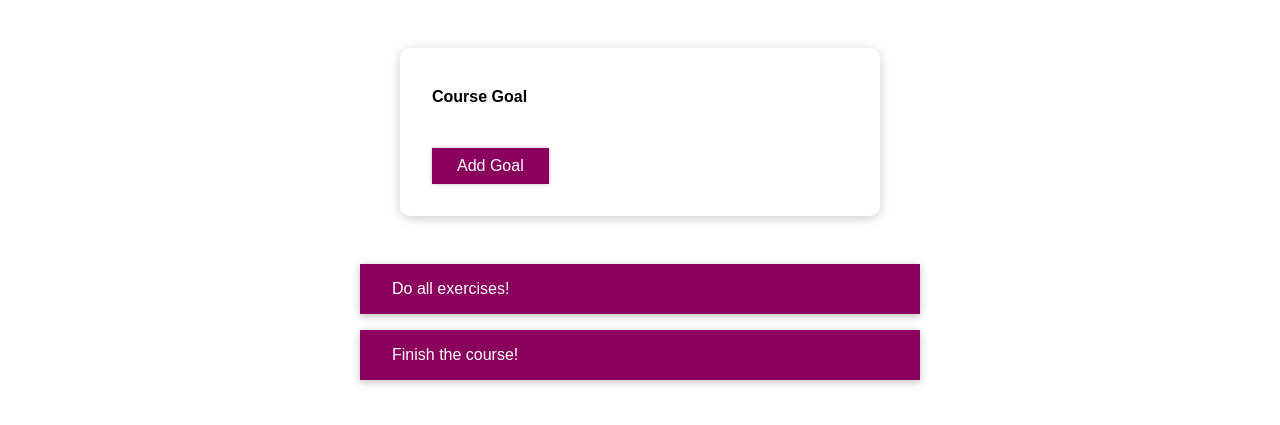
Repository: sohan2503001/Task-adder
Page: /
An editor plug-in stored every save of this project. The page is shown before and after the next save, followed by the edit.
The browser window is 1280 px wide. The pictures show the whole page.
The project was rebuilt for these pictures with package versions that can differ from the ones it lists, and the page was loaded fresh each time.

Above is the page before, as saved 2021-04-22 21:45:55.

### src/components/CourseGoals/CourseInput/CourseInput.js
import React, { useState } from 'react';

import Button from '../../UI/Button/Button';
import './CourseInput.css';

const CourseInput = props => {
  const [enteredValue, setEnteredValue] = useState('');
  const [isValid, setIsValid] = useState(true);

  const goalInputChangeHandler = event => {
    setEnteredValue(event.target.value);
  };

  const formSubmitHandler = event => {
    event.preventDefault();
    if(enteredValue.trim().length === 0){
      setIsValid(false);
      return;
    }
    props.onAddGoal(enteredValue);
  };

  return (
    <form onSubmit={formSubmitHandler}>
      <div className="form-control">
        <label style={{color: !isValid ? 'red' : 'black'}}>Course Goal</label>
        <input style={{borderColor: !isValid ? 'red' : 'white'}} type="text" onChange={goalInputChangeHandler} />
      </div>
      <Button type="submit">Add Goal</Button>
    </form>
  );
};

export default CourseInput;

Loaded but not shown: public/index.html (common file); src/index.js (common file); src/index.css (common file); src/App.js (common file); src/components/CourseGoals/CourseGoalList/CourseGoalList.js (common file); src/App.css (common file); src/components/CourseGoals/CourseGoalItem/CourseGoalItem.js (common file); src/components/CourseGoals/CourseGoalList/CourseGoalList.css (common file); src/components/UI/Button/Button.js (common file); src/components/CourseGoals/CourseInput/CourseInput.css (common file); src/components/CourseGoals/CourseGoalItem/CourseGoalItem.css (common file); src/components/UI/Button/Button.css (common file)

After the next save:
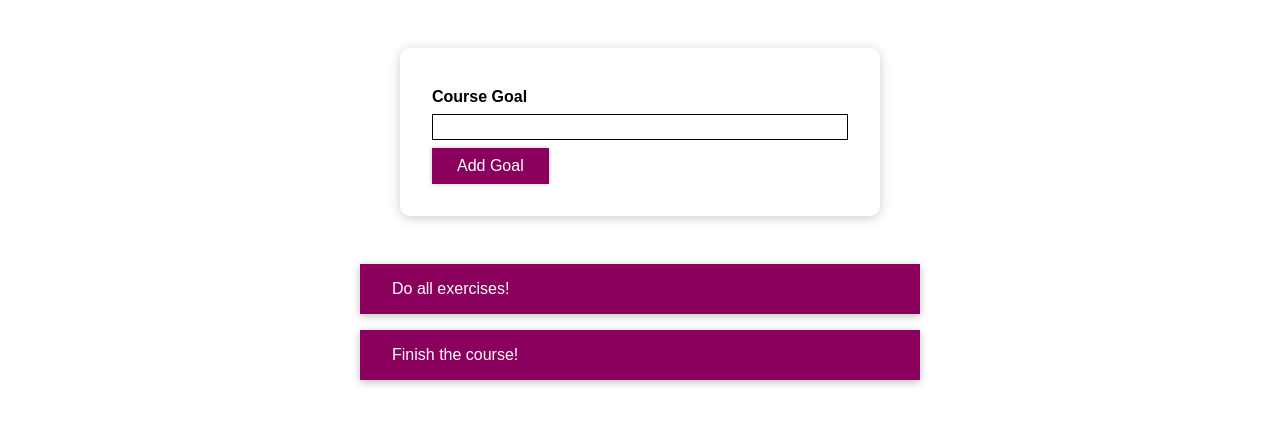
Saved 11 s later.
--- a/src/components/CourseGoals/CourseInput/CourseInput.js
+++ b/src/components/CourseGoals/CourseInput/CourseInput.js
@@ -24,7 +24,7 @@ const CourseInput = props => {
     <form onSubmit={formSubmitHandler}>
       <div className="form-control">
         <label style={{color: !isValid ? 'red' : 'black'}}>Course Goal</label>
-        <input style={{borderColor: !isValid ? 'red' : 'white'}} type="text" onChange={goalInputChangeHandler} />
+        <input style={{borderColor: !isValid ? 'red' : 'black'}} type="text" onChange={goalInputChangeHandler} />
       </div>
       <Button type="submit">Add Goal</Button>
     </form>
